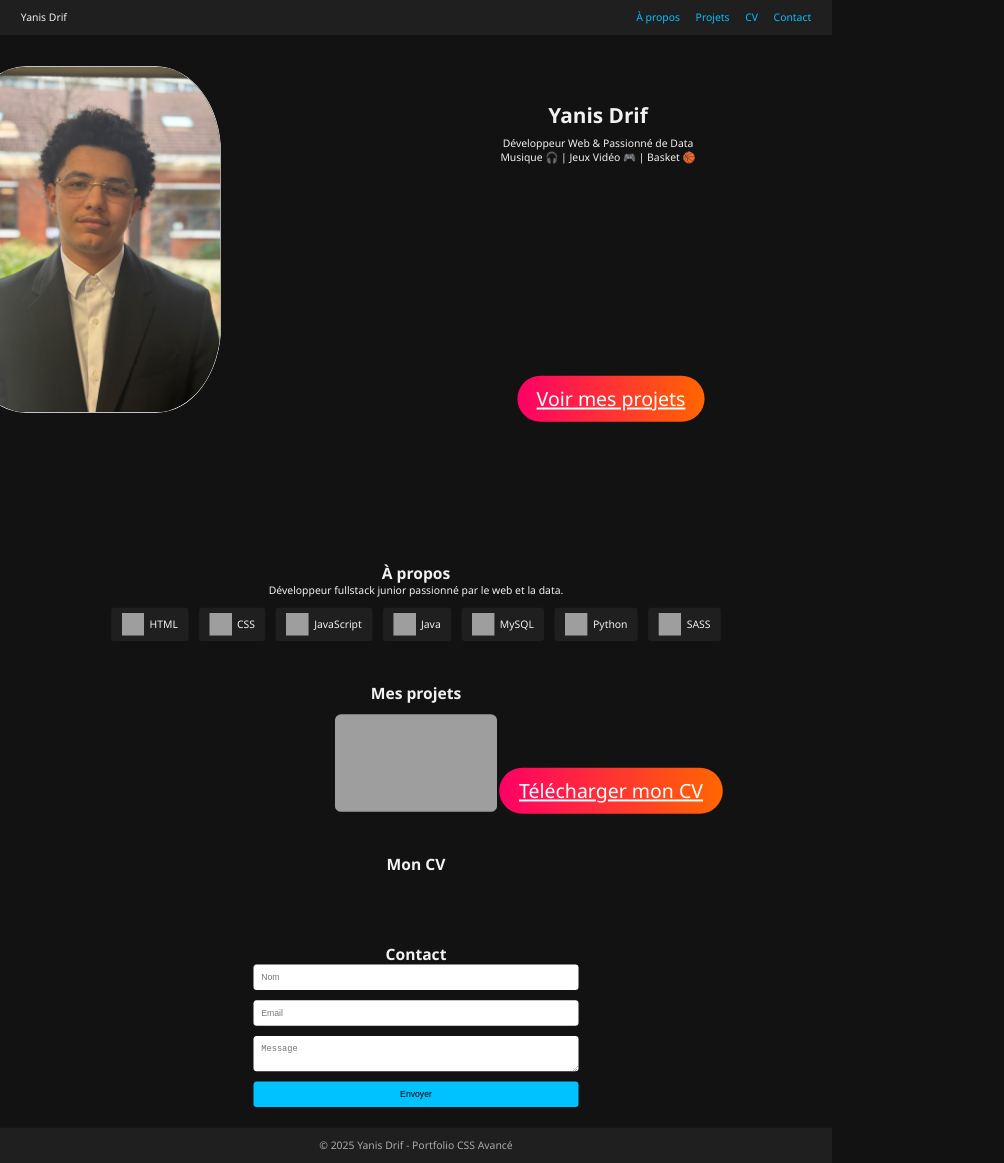
Repository: Yxniiss/ProjetCssAvance
Page: OneDrive/Bureau/Portfolio DrifYanis/home.html
These files come from the project's save history. The page is drawn as it stood at one moment and after the next save; the edit follows.
The browser window is 1280 px wide. The page is 1544 px wide, so the pictures cover 1544 px, including what lies to the right of the window. The pictures show the whole page, at 65% of full size.
Pictures or frames that could not be fetched are drawn as grey boxes.

Above is the page before, as saved 2025-04-10 10:36:06.
Console error: TypeError: Cannot set properties of null (setting 'textContent')

### OneDrive/Bureau/Portfolio DrifYanis/home.html
<!DOCTYPE html>
<html lang="fr">
<head>
  <meta charset="UTF-8" />
  <meta name="viewport" content="width=device-width, initial-scale=1.0" />
  <title>Portfolio - Yanis Drif</title>
  <link rel="stylesheet" href="/style.css" />
  <script defer src="/script.js"></script>
</head>
<body>
  <nav class="navbar">
    <div class="logo">Yanis Drif</div>
    <ul class="nav-links">
      <li><a href="#apropos">À propos</a></li>
      <li><a href="#projets">Projets</a></li>
      <li><a href="#cv">CV</a></li>
      <li><a href="#contact">Contact</a></li>
    </ul>
  </nav>

  <header class="hero">
    <img src="/image/IMG_0965 (2).jpeg" alt="Photo de profil" class="hero__image" />
    <div class="hero__content">
      <h1 class="hero__name">Yanis Drif</h1>
      <p class="hero__tagline">Développeur <span>Web</span> & Passionné de Data</p>
      <p class="hero__desc">Musique 🎧 | Jeux Vidéo 🎮 | Basket 🏀</p>
      <a href="#projets" class="btn">Voir mes projets</a>
    </div>
  </header>

  <section id="apropos" class="section about">
    <h2>À propos</h2>
    <p>Développeur fullstack junior passionné par le web et la data.</p>
    <div class="skills">
      <div class="skill"><img src="https://devicon-website.vercel.app/api/html5/original-wordmark.svg" alt="HTML">HTML</div>
      <div class="skill"><img src="https://devicon-website.vercel.app/api/css3/original-wordmark.svg" alt="CSS">CSS</div>
      <div class="skill"><img src="https://devicon-website.vercel.app/api/javascript/original.svg" alt="JavaScript">JavaScript</div>
      <div class="skill"><img src="https://devicon-website.vercel.app/api/java/original-wordmark.svg" alt="Java">Java</div>
      <div class="skill"><img src="https://devicon-website.vercel.app/api/mysql/plain-wordmark.svg" alt="MySQL">MySQL</div>
      <div class="skill"><img src="https://devicon-website.vercel.app/api/python/original-wordmark.svg" alt="Python">Python</div>
      <div class="skill"><img src="https://devicon-website.vercel.app/api/sass/original.svg" alt="SASS">SASS</div>
    </div>
  </section>

  <section id="projets" class="section projets">
    <h2>Mes projets</h2>
    <div class="projects carousel">
      <img src="img/Capture d'écran 2025-04-09 23345.png" alt="Projet 1"/>
      <img src="/img/Capture d'écran 2025-04-09 12402 (1).png" alt="Projet 2" />
      <img src="/img/ChatGPT Image 9 avr. 2025, 23_49_51.png" alt="Projet 3" />
    </div>
  </section>

  <section id="cv" class="section cv">
    <h2>Mon CV</h2>
    <a href="/doc/CV Yanis (1) (1).pdf" download class="btn">Télécharger mon CV</a>
  </section>

  <section id="contact" class="section contact">
    <h2>Contact</h2>
    <form class="contact-form">
      <input type="text" placeholder="Nom" required />
      <input type="email" placeholder="Email" required />
      <textarea placeholder="Message" required></textarea>
      <button type="submit">Envoyer</button>
    </form>
  </section>

  <footer>
    <p>&copy; 2025 Yanis Drif - Portfolio CSS Avancé</p>
  </footer>
</body>
</html>

### OneDrive/Bureau/Portfolio DrifYanis/style.css
* {
    margin: 0;
    padding: 0;
    box-sizing: border-box;
  }

  body {
    font-family: "Segoe UI", sans-serif;
    background-color: #121212;
    color: #f1f1f1;
  }

  .navbar {
    display: flex;
    justify-content: space-between;
    padding: 1rem 2rem;
    background-color: #1f1f1f;
  }

  .nav-links {
    display: flex;
    list-style: none;
    gap: 1.5rem;
  }

  .nav-links a {
    color: #00c2ff;
    text-decoration: none;
  }

  .hero {
    padding: 3rem 1rem;
    text-align: center;

  }

  .hero__name{
    position: relative;
    left: 280px;
    bottom:500px;

  }

  .hero__tagline{
    position: relative;
    left:280px;
    bottom:490px;
  }

  .hero__desc{
    position: relative;
    left:280px;
    bottom:490px;}

  .hero__image {
    border-radius: 25%;
    width: 400px;
    border: 1px solid #ffffff;
    margin-bottom: 1rem;
    position: relative;
    right:500px ;
  }

  .section {
    padding: 2rem 1rem;
    text-align: center;
  }

  .projects {
    display: flex;
    justify-content: center;
    gap: 1rem;
    flex-wrap: wrap;
    margin-top: 1rem;
  }

  .projects img {
    width: 250px;
    height: 150px;
    -o-object-fit: cover;
       object-fit: cover;
    border-radius: 10px;
  }

  .skills {
    display: flex;
    flex-wrap: wrap;
    gap: 1rem;
    justify-content: center;
    margin-top: 1rem;
  }

  .skill {
    display: flex;
    align-items: center;
    gap: 0.5rem;
    background-color: #1f1f1f;
    padding: 0.5rem 1rem;
    border-radius: 5px;
  }

  .skill img {
    width: 35px;
    height: 35px;
  }

  footer {
    padding: 1rem;
    text-align: center;
    background-color: #1f1f1f;
    color: #aaa;
  }

  .btn {
    padding: 15px 30px;
    font-size: 30px;
    position: relative;
    left: 300px;
    bottom:150px;
    color:white;
    background: linear-gradient(90deg, #ff0066, #ff6600);
    border:none;
    border-radius: 50px;
    cursor: pointer;
    box-shadow: 0 4px 15px rgba(255,0,102,0);
    transition: box-shadow 0.3s ease, transform 0.3s ease;
  }

  .btn:hover{
    box-shadow: 0 10px 20px rgba(255,0,102,0.5);
    transform: translateY(-3px);
  }

  .contact-form {
    max-width: 500px;
    margin: auto;
    display: flex;
    flex-direction: column;
    gap: 1rem;
  }

  .contact-form input,
  .contact-form textarea {
    padding: 0.75rem;
    border: none;
    border-radius: 5px;
  }

  .contact-form button {
    background-color: #00c2ff;
    color: #000;
    padding: 0.75rem;
    border: none;
    border-radius: 5px;
    cursor: pointer;
  }

  .start h1{
    text-align: left;
    margin-top: 100px;
    font-size: 35px;
    margin-left: 100px;
  }

  .start h2{
    text-align: left;
    margin-top: 1px;
    font-size: 70px;
    margin-left: 100px;
  }

  .start h3{
    text-align: left;
    margin-top: 1px;
    font-size: 35px;
    margin-left: 100px;
  }

  #mot {
    color:#00c2ff;
  }

  #cursor{
    display: inline-block;
    width: 10px;
    background-color:black;
    animation: blink 0.8s step-end infinite;
  }

  @keyframes blink{
    50% {
      opacity: 0;
    }
  }

  @keyframes typing{
    from{
      width: 0;
    }
    to{
      width: 100%;
    }
  }

  #main{
    opacity: 0;
    transform: translateY(0);
    transition: opacity 5s ease, transform 5s ease;
  }

  body.loaded #main{
    opacity: 1;
    transform: translateY(0);
  }


  .start p{
    text-align: left;
    margin-left: 100px;
    margin-top: 20px;
    font-size: 20px;
  }

  .ntwrks {
    position: absolute;
    top: 410px;
    left: 110px;
    display: flex;
    flex-wrap: wrap;
    gap: 1rem;
  }

  .ntwrk {
    display: flex;
    align-items: center;
    gap: 0.5rem;
    background-color: #1f1f1f;
    padding: 1rem 1rem;
    border-radius: 100px;
    transition: 0.3s ease, opacity 0.3s ease;
  }

  .ntwrk:hover{
    transform: scale(1.2);
    opacity: 0.8;
  }

  .ntwrk img {
    width: 30px;
    height: 30px;
  }

  .modern-button{
    background-color:#00c2ff;
    font-size: 16px;
    font-weight: bold;
    border:none;
    padding: 15px 30px;
    border-radius: 25px;
    cursor: pointer;
    outline: none;
    position: relative;
    right:550px;
    top:120px;
    animation:glow 1.5s infinite alternate;
    transition: 0.3s ease, opacity 0.3s ease;
  }

  .modern-button a{
    color:white;
    text-decoration: none;
  }

  .modern-button:hover{
    transform: scale(1.2);
    opacity: 1;
  }

  @keyframes glow{
    0%{
      box-shadow: 0 0 10px 5px rgba(0, 194, 255, 0.6), 0 0 20px 10px rgba(0, 194, 255, 0.4);
    }
    100%{
      box-shadow: 0 0 20px 10px rgba(0, 194, 255, 1), 0 0 30px 15px rgba(0, 194, 255, 0.8);
    }
  }

  .image{
    max-width: 30%;
    position: relative;
    bottom: 350px;
    left: 350px;
  }

### OneDrive/Bureau/Portfolio DrifYanis/script.js

document.addEventListener('DOMContentLoaded', () => {
    // Scroll fluide
    document.querySelectorAll('a[href^="#"]').forEach(anchor => {
      anchor.addEventListener('click', function (e) {
        e.preventDefault();
        const target = document.querySelector(this.getAttribute('href'));
        if (target) {
          target.scrollIntoView({ behavior: 'smooth' });
        }
      });
    });

    // Carrousel automatique
    const images = document.querySelectorAll('.carousel img');
    let currentIndex = 0;

    function showSlide(index) {
      images.forEach((img, i) => {
        img.style.display = i === index ? 'block' : 'none';
      });
    }

    function nextSlide() {
      currentIndex = (currentIndex + 1) % images.length;
      showSlide(currentIndex);
    }

    if (images.length > 0) {
      showSlide(currentIndex);
      setInterval(nextSlide, 3000); // change every 3 seconds
    }
  });

  const mot = ["Etudiant", "Developpeur web", "Pasionné de code","Developpeur fullstack"];
  let index = 0;
  const element = document.getElementById("mot");
  const cursor = document.getElementById("cursor");

  let typingInterval;
  let currentWord = "";
  let currentCharIndex = 0;

  function  commencerTypingAnimation(){
    currentWord=mot[index];
    currentCharIndex = 0;
    element.textContent = '';

    typingInterval = setInterval(() =>{
      element.textContent += currentWord.charAt(currentCharIndex);
      currentCharIndex++;

      if(currentCharIndex === currentWord.length){
        clearInterval(typingInterval);
        setTimeout(changerMot,1000);
      }
    },150);
  }

  function changerMot(){
    element.textContent=mot[index];
    index++;
    if(index===mot.length){
      index=0;
    }
    commencerTypingAnimation();
  }
  commencerTypingAnimation();

  window.addEventListener('load', function () {
    document.body.classList.add('loaded');
  });

After the next save:
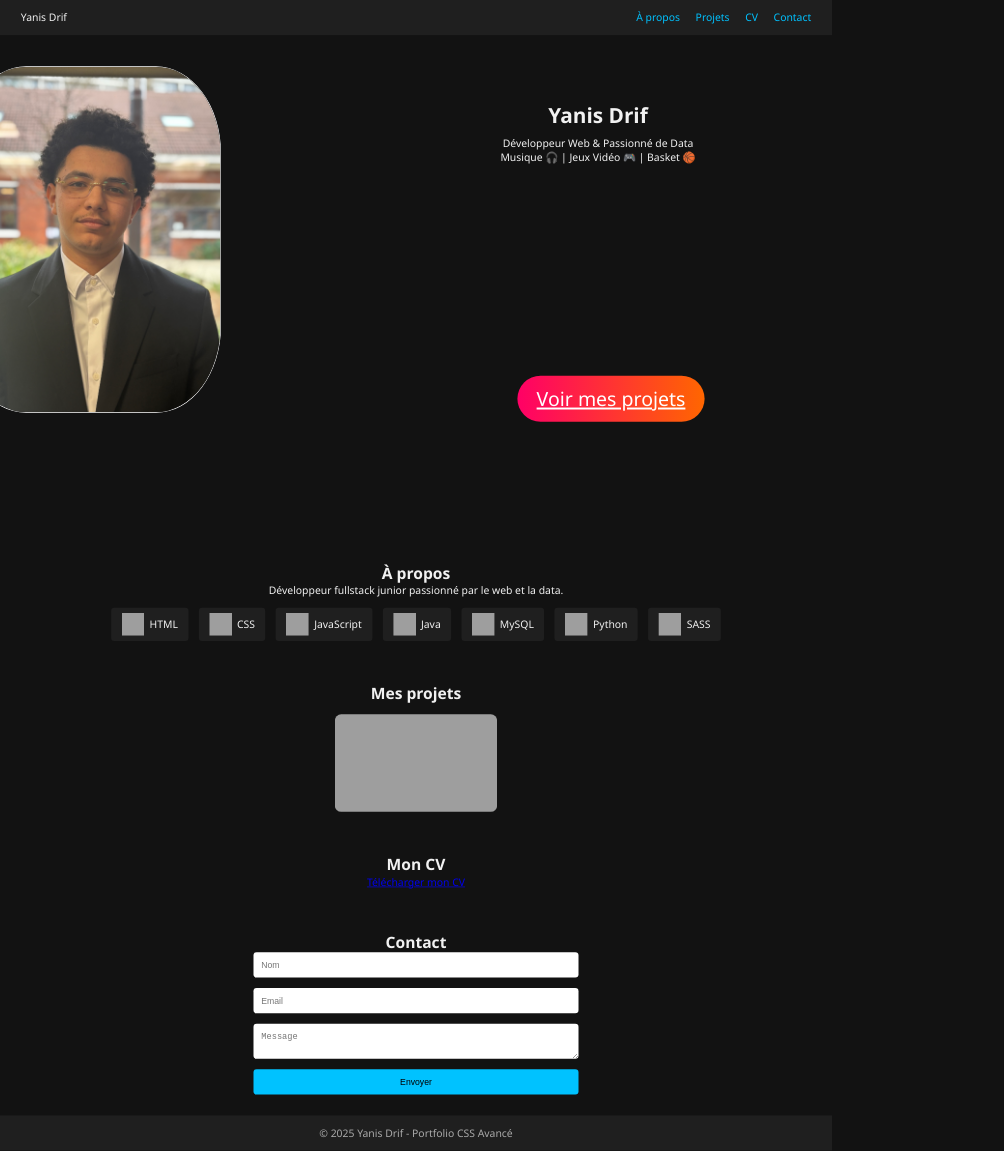
Saved 4 min 16 s later.
--- a/OneDrive/Bureau/Portfolio DrifYanis/home.html
+++ b/OneDrive/Bureau/Portfolio DrifYanis/home.html
@@ -53,7 +53,7 @@
 
   <section id="cv" class="section cv">
     <h2>Mon CV</h2>
-    <a href="/doc/CV Yanis (1) (1).pdf" download class="btn">Télécharger mon CV</a>
+    <a href="/doc/CV Yanis (1) (1).pdf" download class="btn2">Télécharger mon CV</a>
   </section>
 
   <section id="contact" class="section contact">

After the save that followed:
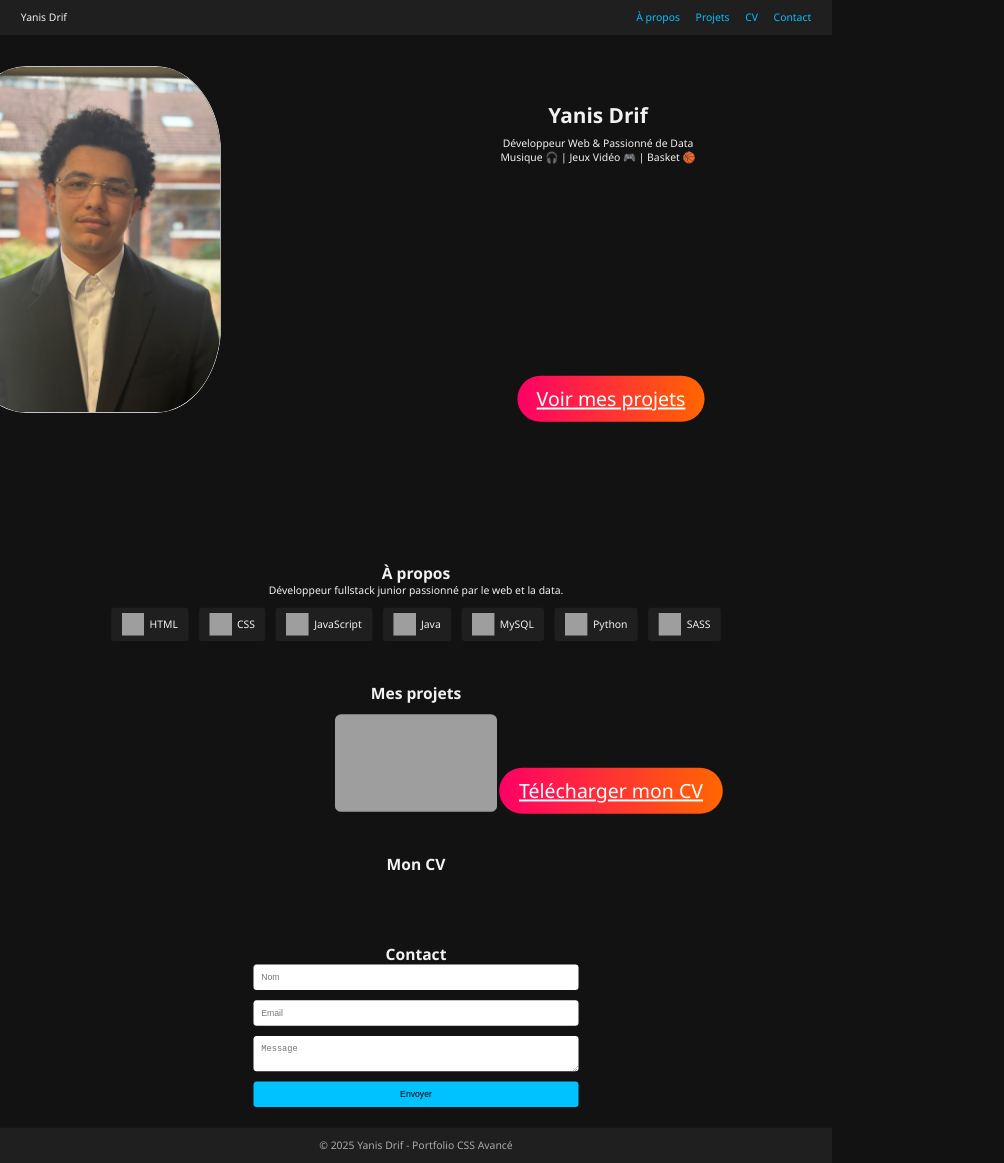
Saved 61 s later.
--- a/OneDrive/Bureau/Portfolio DrifYanis/style.css
+++ b/OneDrive/Bureau/Portfolio DrifYanis/style.css
@@ -131,6 +131,27 @@
     transform: translateY(-3px);
   }
 
+  .btn2 {
+    padding: 15px 30px;
+    font-size: 30px;
+    position: relative;
+    left: 300px;
+    bottom:150px;
+    color:white;
+    background: linear-gradient(90deg, #ff0066, #ff6600);
+    border:none;
+    border-radius: 50px;
+    cursor: pointer;
+    box-shadow: 0 4px 15px rgba(255,0,102,0);
+    transition: box-shadow 0.3s ease, transform 0.3s ease;
+  }
+
+  .btn2:hover{
+    box-shadow: 0 10px 20px rgba(255,0,102,0.5);
+    transform: translateY(-3px);
+  }
+
+
   .contact-form {
     max-width: 500px;
     margin: auto;
